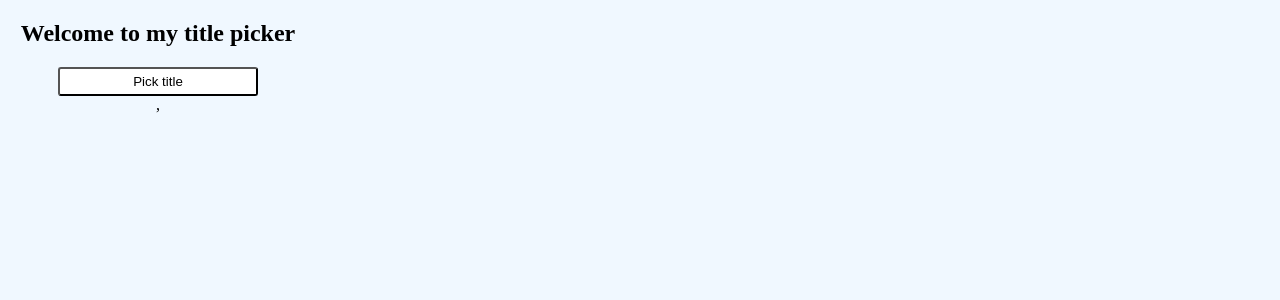
Repository: AishwaryaPandey987/Title-picker
Page: popup.html
These files come from the project's save history. The page is drawn as it stood at one moment and after the next save; the edit follows.
The browser window is 1280 px wide. The pictures show the whole page.

Above is the page before, as saved 2022-10-19 11:53:13.

### popup.html
<!DOCTYPE html>
<html lang="en">
<head>
<link rel="stylesheet" href="popup.css">

</head>
<body>
 <div class="wrapper">
  <h2>Welcome to my title picker</h2>
  <button class="changetitleBtn">Pick title </button>
  <div class="selectedTitle">
    ,<span class="titleGrid"></span>
    <span class="titleValue"></span>
  </div>
 </div>
  <script src="popup.js"></script>
</body>
</html>

### popup.css
body{

  background-color: aliceblue;

}
.wrapper{
  width: 300px;
  text-align: center;

}

.changetitleBtn{
  width: 200px;
  outline: none;
  border-color: black ;
  border-radius: 3px;
  padding: 5px;
  background-color: white;
  cursor: pointer;

}

Loaded but not shown: popup.js (no stored copy; drawn as an empty file)

After the next save:
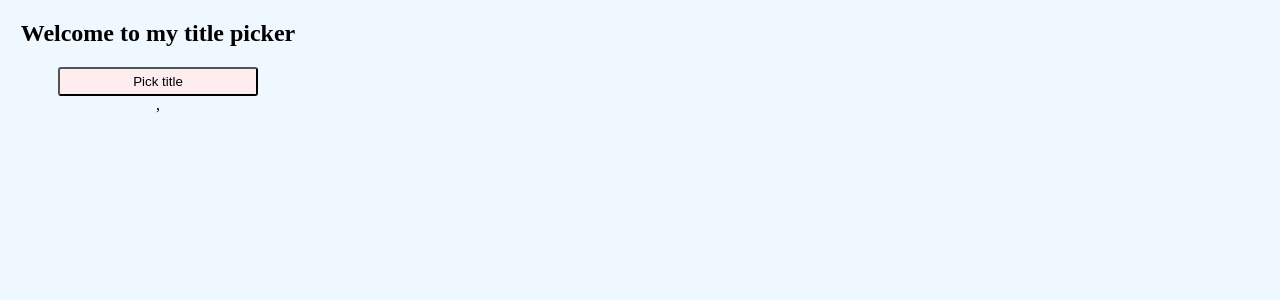
Saved 66 s later.
--- a/popup.css
+++ b/popup.css
@@ -15,7 +15,7 @@ body{
   border-color: black ;
   border-radius: 3px;
   padding: 5px;
-  background-color: white;
+  background-color: rgb(253, 237, 239);
   cursor: pointer;
 
 }
